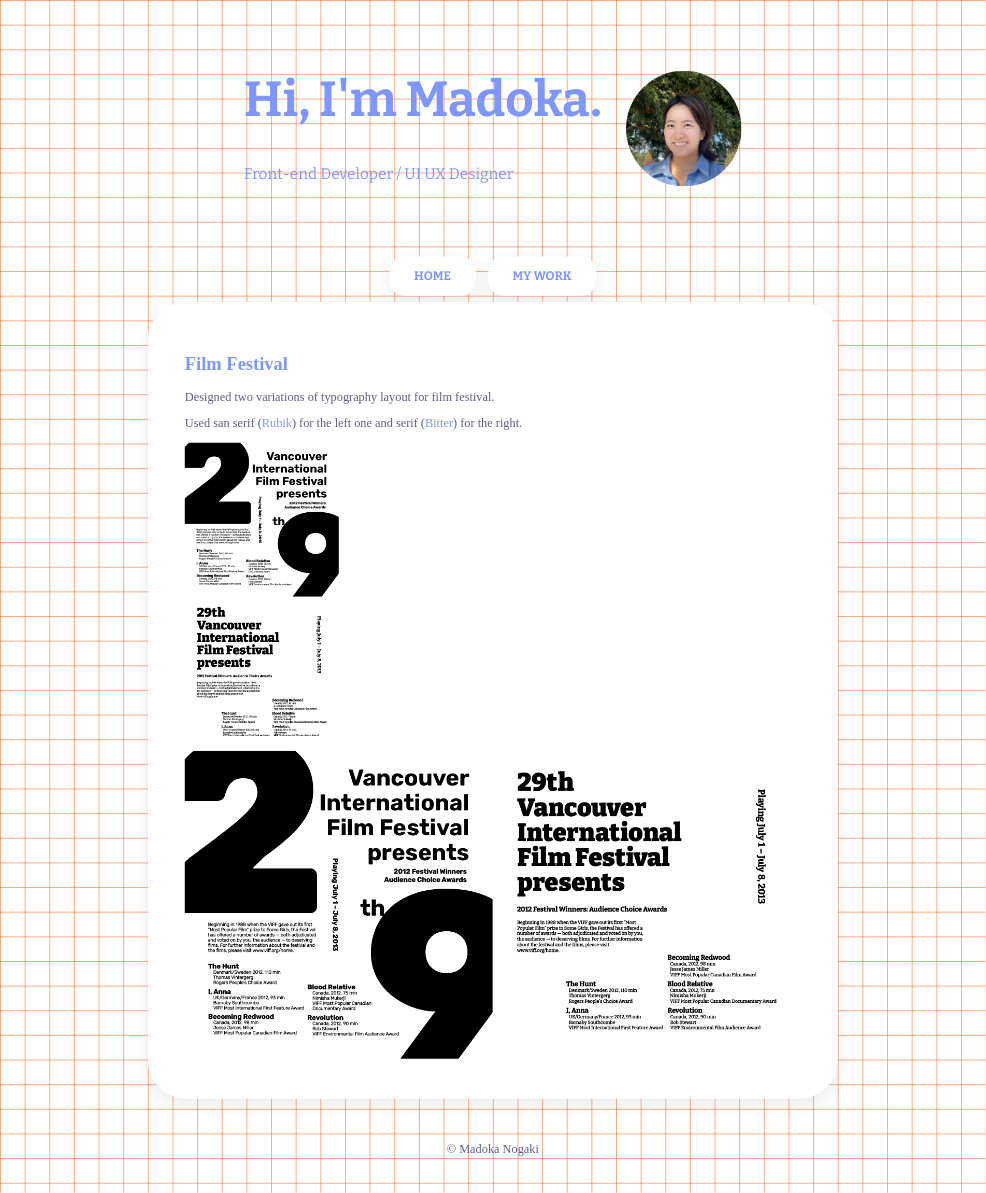
Repository: ohmaruko/portfolio
Page: /links/filmFestival
These files come from the project's save history. The page is drawn as it stood at one moment and after the next save; the edit follows.
The browser window is 1280 px wide. The pictures show the whole page, at 77% of full size.
The project was rebuilt for these pictures with package versions that can differ from the ones it lists, and the page was loaded fresh each time. The framework's server and built-in components were replaced by stand-ins that run in the browser. Also part of the build but not shown: next.config.mjs.

Above is the page before, as saved 2024-02-18 23:55:50.

After the next save:
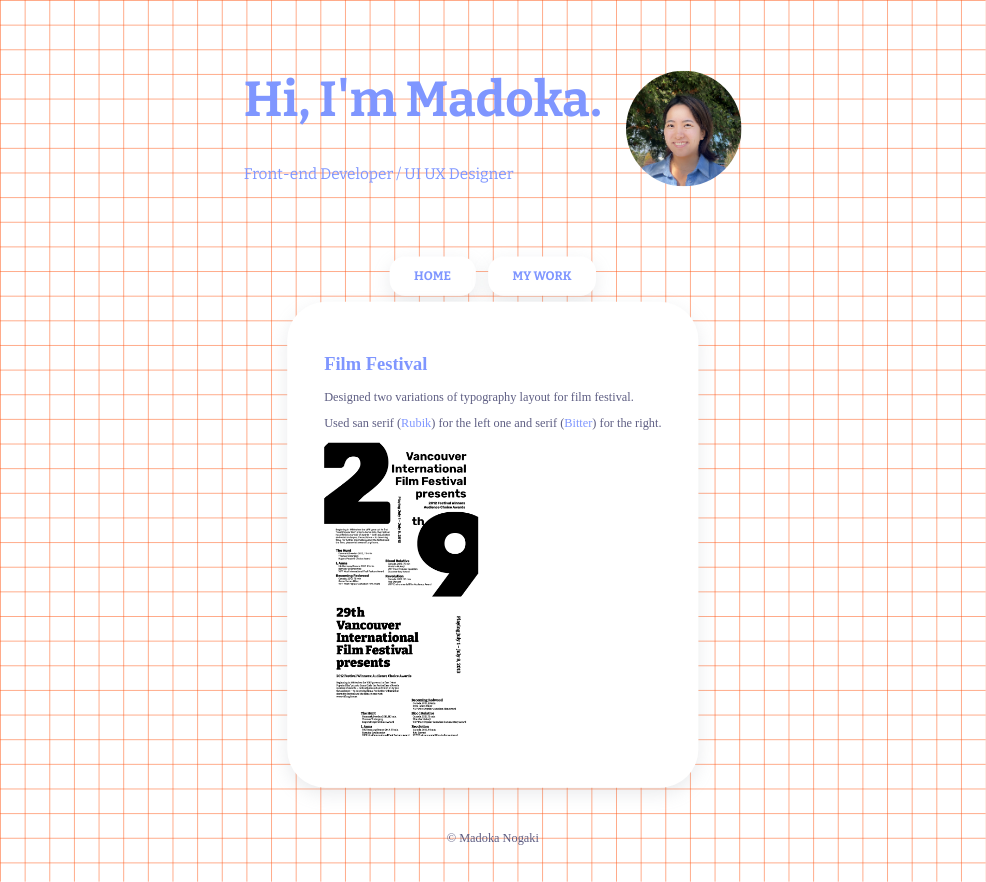
Saved 12 s later.
--- a/pages/links/filmFestival.js
+++ b/pages/links/filmFestival.js
@@ -33,9 +33,6 @@
                         <div className={styles.filmAds}>
                           <Image src='/images/film2.png' alt='Hair Sunset Ad2' fill/>
                         </div>
-                        <Image src='/images/film1.png' alt='Hair Sunset Ad1' width={400} height={400}/>
-                        <Image src='/images/film2.png' alt='Hair Sunset Ad1' width={400} height={400}/>
-
                     </div>
                 }/>
             </div>
